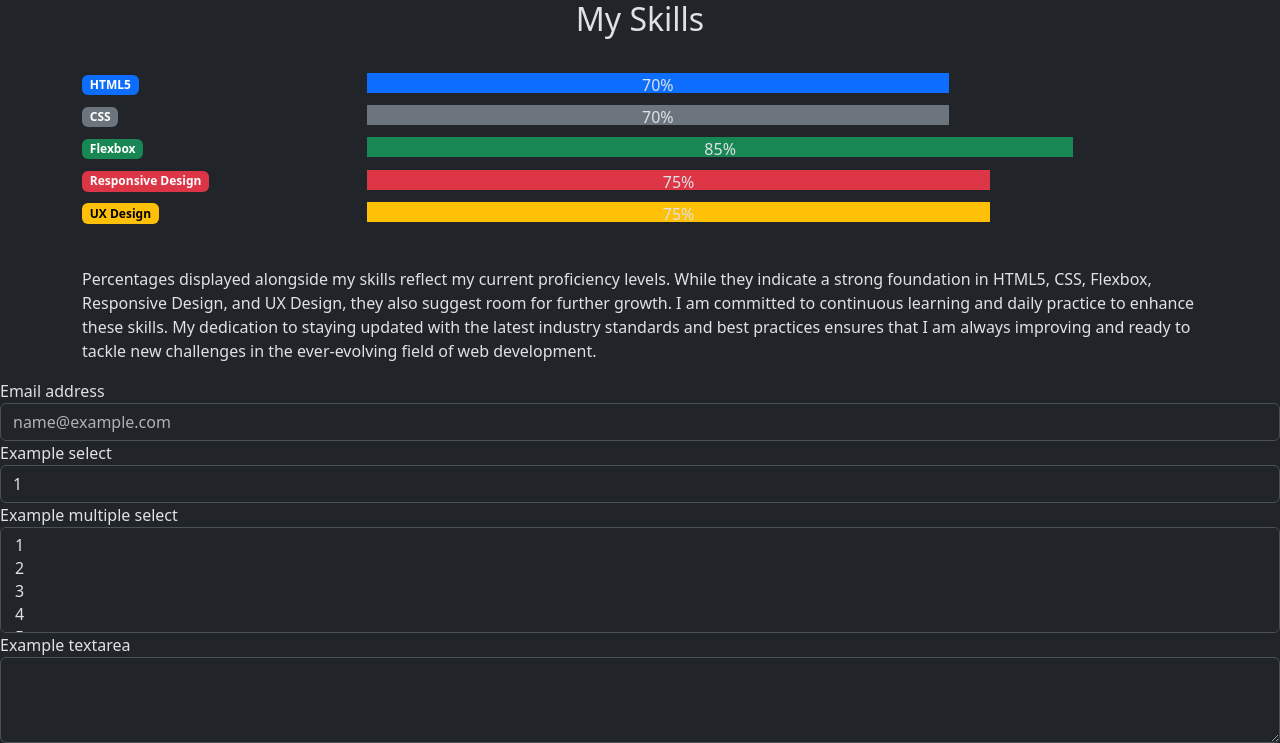
Repository: uvee35/Bootstrap-Portfolio
Page: index.html
The author's editor kept a copy of each file at every save. The page is drawn from the files as they stood at one save, then again after the next save.
The browser window is 1280 px wide. The pictures show the part of the page from y = 1074 to 1817 px (the page is 1817 px tall).
A picture or video elsewhere on the page could not be fetched, so the positions and the page height are approximate.

Above is the page before, as saved 2023-12-18 19:53:56.

### index.html
<!DOCTYPE html>
<html lang="en" data-bs-theme="dark">
  <head>
    <meta charset="utf-8" />
    <meta name="viewport" content="width=device-width, initial-scale=1" />
    <title>Bootstrap demo</title>
    <link
      href="https://cdn.jsdelivr.net/npm/bootstrap@5.3.2/dist/css/bootstrap.min.css"
      rel="stylesheet"
      integrity="sha384-T3c6CoIi6uLrA9TneNEoa7RxnatzjcDSCmG1MXxSR1GAsXEV/Dwwykc2MPK8M2HN"
      crossorigin="anonymous"
    />
    <link rel="stylesheet" href="./css/style.css" />
    <link
      rel="stylesheet"
      href="https://cdnjs.cloudflare.com/ajax/libs/font-awesome/5.15.4/css/all.min.css"
    />
  </head>
  <body>
    <!-- Navbar -->
    <nav class="navbar navbar-expand-lg navbar-light bg-dark">
      <div class="container-fluid">
        <!-- Brand/logo -->
        <a class="navbar-brand" href="#home">Victor Marques</a>
        <i class="fab fa-html5"></i>

        <!-- Toggle button for small screens -->
        <button
          class="navbar-toggler"
          type="button"
          data-bs-toggle="collapse"
          data-bs-target="#navbarNavAltMarkup"
          aria-controls="navbarNavAltMarkup"
          aria-expanded="false"
          aria-label="Toggle navigation"
        >
          <span class="navbar-toggler-icon"></span>
        </button>

        <!-- Navbar links -->
        <div
          class="collapse navbar-collapse justify-content-end"
          id="navbarNavAltMarkup"
        >
          <div class="navbar-nav">
            <a class="nav-link" href="#about-me">About Me</a>
            <a class="nav-link" href="#work">Work</a>
            <a class="nav-link" href="#work">Skills</a>
            <a class="nav-link" href="#contact">Contact</a>
          </div>
        </div>
      </div>
    </nav>

    <!-- Hero Section -->
    <section class="hero-section bg-dark text-center py-5">
      <div class="container">
        <img
          src="./css/images/victor.JPG"
          alt="Your Name"
          class="rounded-circle mb-3"
          style="width: 150px; height: 150px"
        />
        <h1 class="display-4">Victor Marques</h1>
        <p class="lead">Front-end Developer | Creative Designer</p>
        <p>
          Welcome to my professional portfolio. Here you can find a showcase of
          my work, projects I've contributed to, and the skills I bring to the
          table.
        </p>
      </div>
      <button type="button" class="btn btn-primary btn-lg">Let's Talk</button>
      <button type="button" class="btn btn-secondary btn-lg">My Skills</button>
    </section>

    <!-- Cards -->
    <div class="container-fluid" id="work">
      <div class="row">
        <h1 class="col-12" style="text-align: center; padding-top: 30px">
          My Portfolio
        </h1>
        <!-- Card 1 -->
        <div class="cardContainer col-lg-3 col-md-3 col-sm-6 padding-top">
          <div class="card">
            <img
              src="./css/images/card1photo.png"
              class="card-img-top"
              alt="..."
            />
            <div class="card-body">
              <h4 class="card-title">Horiseon Website</h4>
              <p class="card-text">
                Horiseon is a website crafted with HTML and CSS, focusing on
                accessibility and search engine optimization...
              </p>
              <a
                href="https://uvee35.github.io/Victor-Module1Challenge/"
                class="btn btn-primary"
                >See Live Demo</a
              >
            </div>
          </div>
        </div>
        <!-- End card 1 -->

        <!-- Card 2 -->
        <div class="cardContainer col-lg-3 col-md-3 col-sm-6">
          <div class="card">
            <img src="./css/images/card2.png" class="card-img-top" alt="..." />
            <div class="card-body">
              <h4 class="card-title">Portfolio</h4>
              <p class="card-text">
                This portfolio website, built using HTML, CSS, and Flexbox,
                features a modern and responsive design...
              </p>
              <a
                href="https://uvee35.github.io/Challenge2-Victor/."
                class="btn btn-primary"
                >See Live Demo</a
              >
            </div>
          </div>
        </div>
        <!-- End card 2 -->

        <!-- Card 3 -->
        <div class="cardContainer col-lg-3 col-md-3 col-sm-6">
          <div class="card">
            <img src="./css/images/card3.png" class="card-img-top" alt="..." />
            <div class="card-body">
              <h4 class="card-title">NiceAdmin</h4>
              <p class="card-text">
                NiceAdmin is a website designed using HTML, CSS, and Bootstrap,
                offering a user-friendly admin and dashboard interface...
              </p>
              <a
                href="https://bootstrapmade.com/demo/NiceAdmin/"
                class="btn btn-primary"
                >See Live Demo</a
              >
            </div>
          </div>
        </div>
        <!-- End card 3 -->
        <!-- Card 4 -->
        <div class="cardContainer col-lg-3 col-md-3 col-sm-6">
          <div class="card">
            <img src="./css/images/card4.png" class="card-img-top" alt="..." />
            <div class="card-body">
              <h4 class="card-title">EstateAgency</h4>
              <p class="card-text">
                EstateAgency is a sleek, Bootstrap-based real estate website
                template, ideal for agencies and realtors...
              </p>
              <a
                href="https://bootstrapmade.com/demo/EstateAgency/"
                class="btn btn-primary"
                >See Live Demo</a
              >
            </div>
          </div>
        </div>
        <!-- End card 4 -->
      </div>
    </div>
    <!-- End cards -->

    <!-- Skills Section -->
    <div class="container-fluid" id="Skills">
      <div class="row mb-4">
        <h2 class="col-12" style="text-align: center; padding-top: 20px">
          My Skills
        </h2>
      </div>

      <div class="container">
        <div class="row align-items-center mb-2">
          <div class="col-md-3">
            <span class="badge text-bg-primary">HTML5</span>
          </div>
          <div class="col-md-9">
            <div
              class="bg-primary"
              style="width: 70%; height: 20px; text-align: center"
            >
              70%
            </div>
          </div>
        </div>
        <div class="row align-items-center mb-2">
          <div class="col-md-3">
            <span class="badge text-bg-secondary">CSS</span>
          </div>
          <div class="col-md-9">
            <div
              class="bg-secondary"
              style="width: 70%; height: 20px; text-align: center"
            >
              70%
            </div>
          </div>
        </div>
        <div class="row align-items-center mb-2">
          <div class="col-md-3">
            <span class="badge text-bg-success">Flexbox</span>
          </div>
          <div class="col-md-9">
            <div
              class="bg-success"
              style="width: 85%; height: 20px; text-align: center"
            >
              85%
            </div>
          </div>
        </div>
        <div class="row align-items-center mb-2">
          <div class="col-md-3">
            <span class="badge text-bg-danger">Responsive Design</span>
          </div>
          <div class="col-md-9">
            <div
              class="bg-danger"
              style="width: 75%; height: 20px; text-align: center"
            >
              75%
            </div>
          </div>
        </div>
        <div class="row align-items-center mb-2">
          <div class="col-md-3">
            <span class="badge text-bg-warning">UX Design</span>
          </div>
          <div class="col-md-9">
            <div
              class="bg-warning"
              style="width: 75%; height: 20px; text-align: center"
            >
              75%
            </div>
          </div>
        </div>

        <p style="padding-top: 35px">
          Percentages displayed alongside my skills reflect my current
          proficiency levels. While they indicate a strong foundation in HTML5,
          CSS, Flexbox, Responsive Design, and UX Design, they also suggest room
          for further growth. I am committed to continuous learning and daily
          practice to enhance these skills. My dedication to staying updated
          with the latest industry standards and best practices ensures that I
          am always improving and ready to tackle new challenges in the
          ever-evolving field of web development.
        </p>
      </div>
    </div>

    <!-- Contact Me -->
    <form>
      <div class="form-group" style="margin: auto">
        <label for="exampleFormControlInput1">Email address</label>
        <input
          type="email"
          class="form-control"
          id="exampleFormControlInput1"
          placeholder="name@example.com"
        />
      </div>
      <div class="form-group">
        <label for="exampleFormControlSelect1">Example select</label>
        <select class="form-control" id="exampleFormControlSelect1">
          <option>1</option>
          <option>2</option>
          <option>3</option>
          <option>4</option>
          <option>5</option>
        </select>
      </div>
      <div class="form-group">
        <label for="exampleFormControlSelect2">Example multiple select</label>
        <select multiple class="form-control" id="exampleFormControlSelect2">
          <option>1</option>
          <option>2</option>
          <option>3</option>
          <option>4</option>
          <option>5</option>
        </select>
      </div>
      <div class="form-group">
        <label for="exampleFormControlTextarea1">Example textarea</label>
        <textarea
          class="form-control"
          id="exampleFormControlTextarea1"
          rows="3"
        ></textarea>
      </div>
    </form>

    <script
      src="https://cdn.jsdelivr.net/npm/bootstrap@5.3.2/dist/js/bootstrap.bundle.min.js"
      integrity="sha384-C6RzsynM9kWDrMNeT87bh95OGNyZPhcTNXj1NW7RuBCsyN/o0jlpcV8Qyq46cDfL"
      crossorigin="anonymous"
    ></script>
  </body>
</html>

### css/style.css
.hero-section {
    background-color: #121212; /* Dark background color */
    color: #ffffff; /* White text color for contrast */
    position: relative; /* Position relative for absolute positioning of buttons */
    z-index: 1; /* Ensure the layering is correct */
  }


  .hero-buttons {
    position: absolute;
    bottom: 20px;
    left: 50%;
    transform: translateX(-50%); /* Center the buttons */
    z-index: 2; /* Above the background image */
  }

  /* If you have a specific background image you want to use */
  .hero-section {
    background-image: url('./images/planet-1702788_1920.jpg');
    background-size: cover;
    background-position: center;
  }

After the next save:
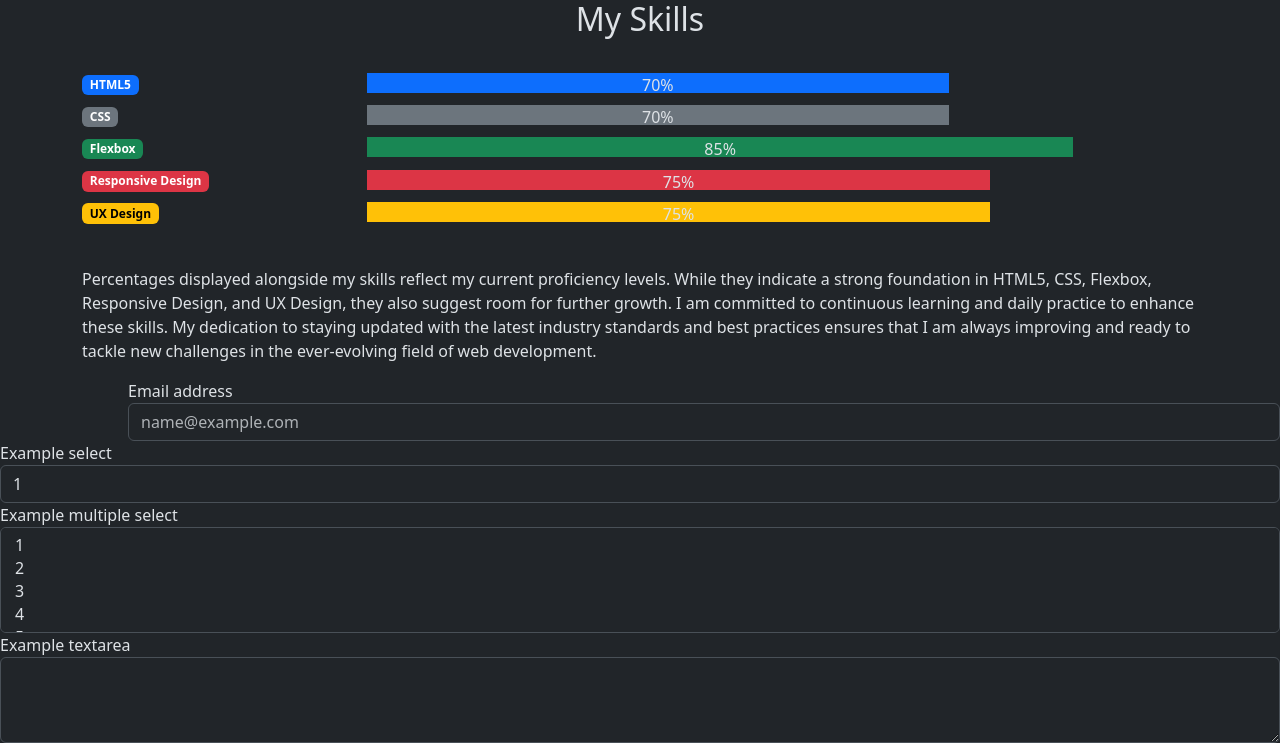
Saved 15 s later.
--- a/index.html
+++ b/index.html
@@ -255,7 +255,7 @@
 
     <!-- Contact Me -->
     <form>
-      <div class="form-group" style="margin: auto">
+      <div class="form-group" style="margin-left: 10%">
         <label for="exampleFormControlInput1">Email address</label>
         <input
           type="email"
